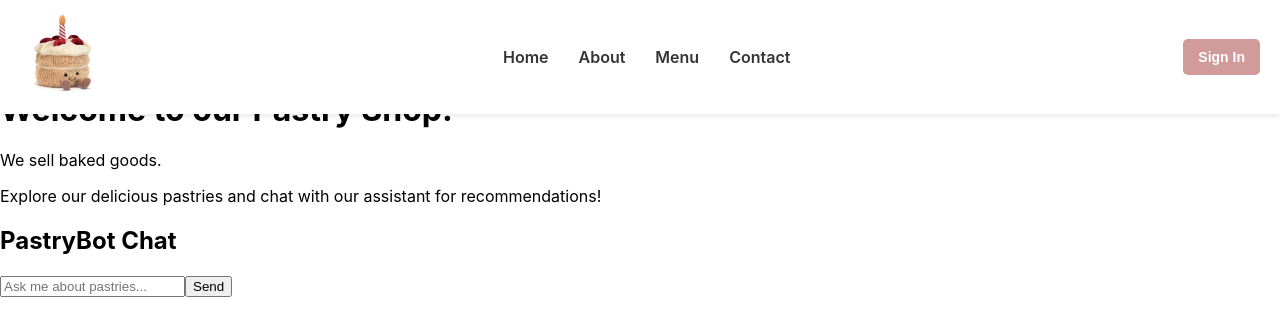
Repository: agrnerd17/Website-Chatbot
Page: / (app in pastry-chatbot/)
An editor plug-in stored every save of this project. The page is shown before and after the next save, followed by the edit.
The browser window is 1280 px wide. The pictures show the whole page.
The project was rebuilt for these pictures with package versions that can differ from the ones it lists, and the page was loaded fresh each time. Also part of the build but not shown: pastry-chatbot/src/styles/Chatbot.css.

Above is the page before, as saved 2024-12-08 14:25:02.

After the next save:
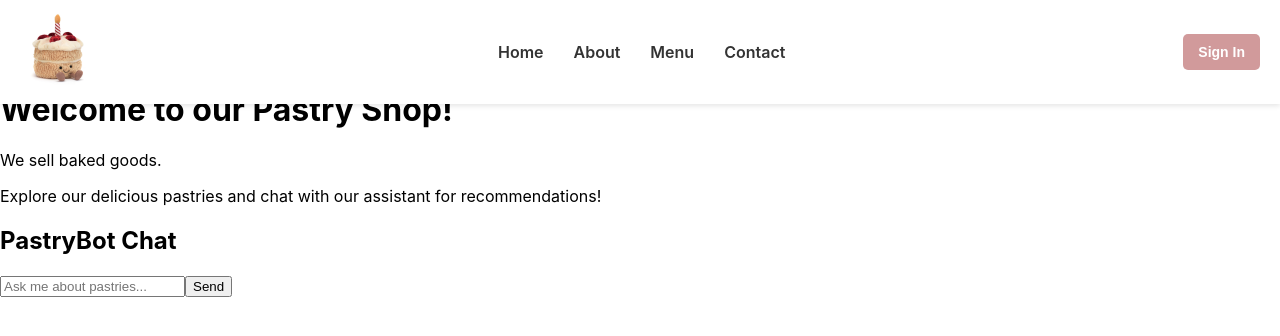
Saved 12 s later.
--- a/pastry-chatbot/src/styles/Navbar.css
+++ b/pastry-chatbot/src/styles/Navbar.css
@@ -15,7 +15,7 @@
 
   /* Logo styling */
   .navbar-logo img {
-    height: 90px;
+    height: 80px;
     width: auto;
   }
 
